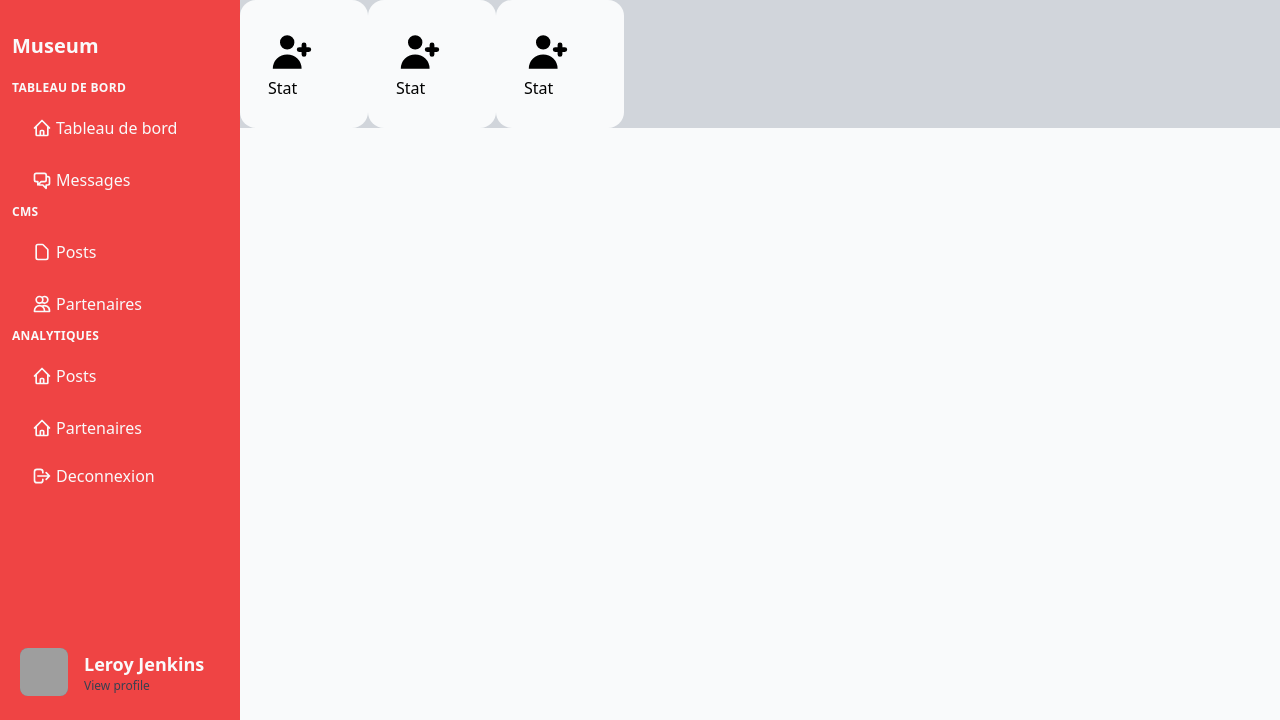
Repository: erulabs243/museum
Page: /dashboard
These files come from the project's save history. The page is drawn as it stood at one moment and after the next save; the edit follows.
The browser window is 1280 px wide. The pictures show the whole page.
Pictures or frames that could not be fetched are drawn as grey boxes. The project was rebuilt for these pictures with package versions that can differ from the ones it lists, and the page was loaded fresh each time. Also part of the build but not shown: vite.config.js, src/pages/admin/Home.jsx, src/components/atoms/headers/NavLink.jsx, src/components/atoms/headers/Button.jsx, src/components/atoms/TagBadge.jsx, src/components/atoms/MyAudioPlayer.jsx, src/components/atoms/MyVideoPlayer.jsx, src/components/atoms/MediaCard.jsx and 23 more.

Above is the page before, as saved 2022-08-10 20:34:10.

After the next save:
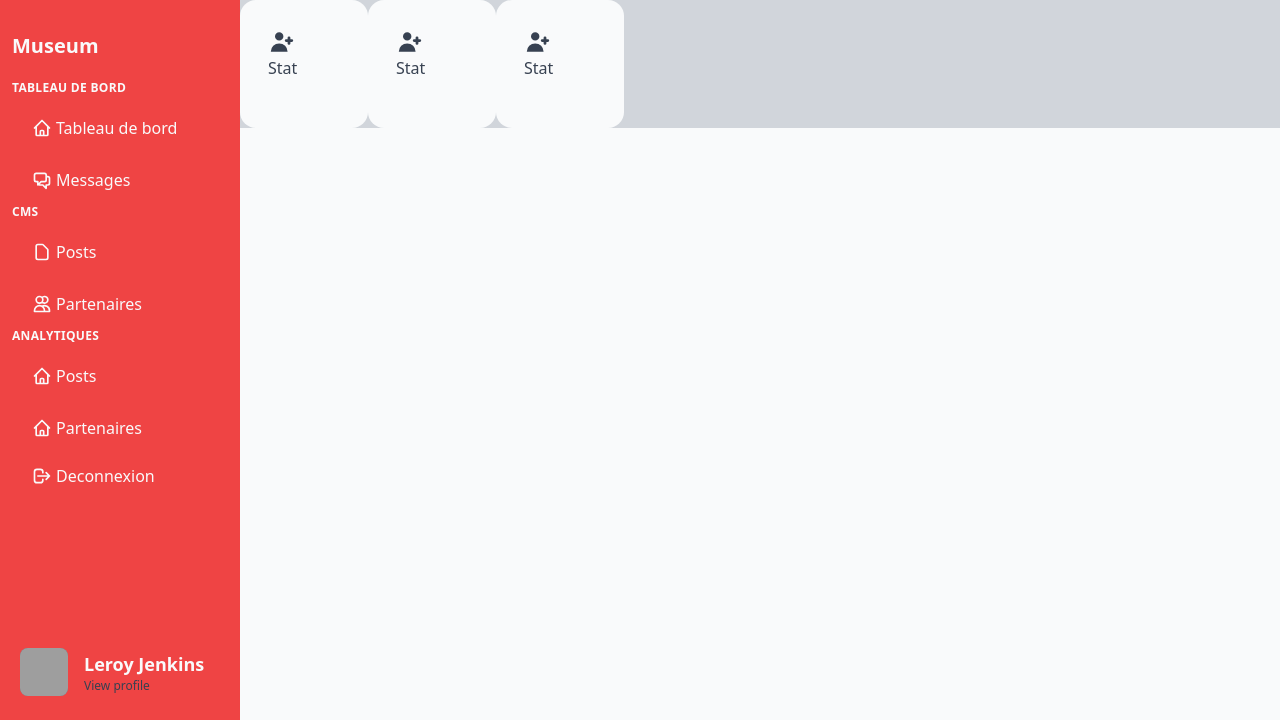
Saved 13 s later.
--- a/src/components/atoms/OverviewStat.jsx
+++ b/src/components/atoms/OverviewStat.jsx
@@ -4,8 +4,8 @@ import { UserAddIcon } from '@heroicons/react/solid';
 
 const OverviewStat = () => {
     return (
-        <div className="w-32 h-32 bg-gray-50 rounded-2xl p-7">
-            <UserAddIcon className="w-12 h-12" />
+        <div className="w-32 h-32 bg-gray-50 rounded-2xl p-7 text-gray-700">
+            <UserAddIcon className="w-7 h-7" />
             <h1>Stat</h1>
         </div>
     );
